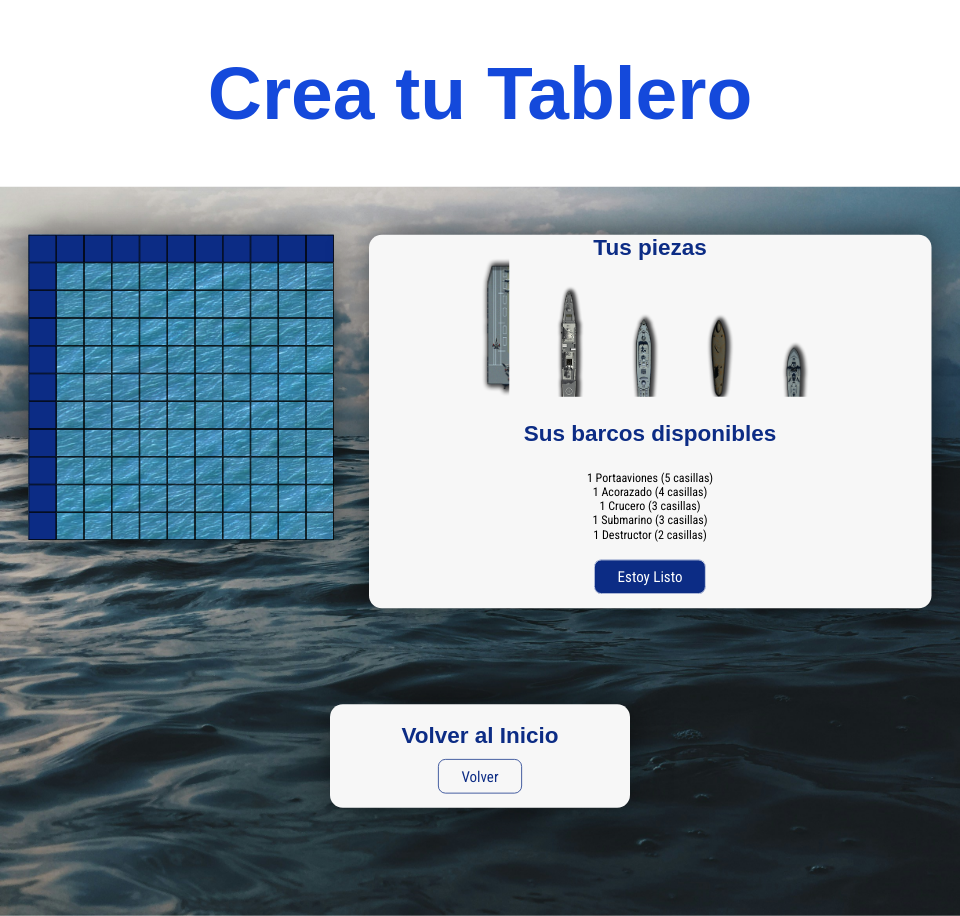
Repository: alfredorndon/taller-web-grupal
Page: client/tablero-barcos.html
An editor plug-in stored every save of this project. The page is shown before and after the next save, followed by the edit.
The browser window is 1280 px wide. The pictures show the whole page, at 75% of full size.
Some web fonts or font styles are not loaded; a fallback is used.

Above is the page before, as saved 2024-12-11 16:07:24.

After the next save:
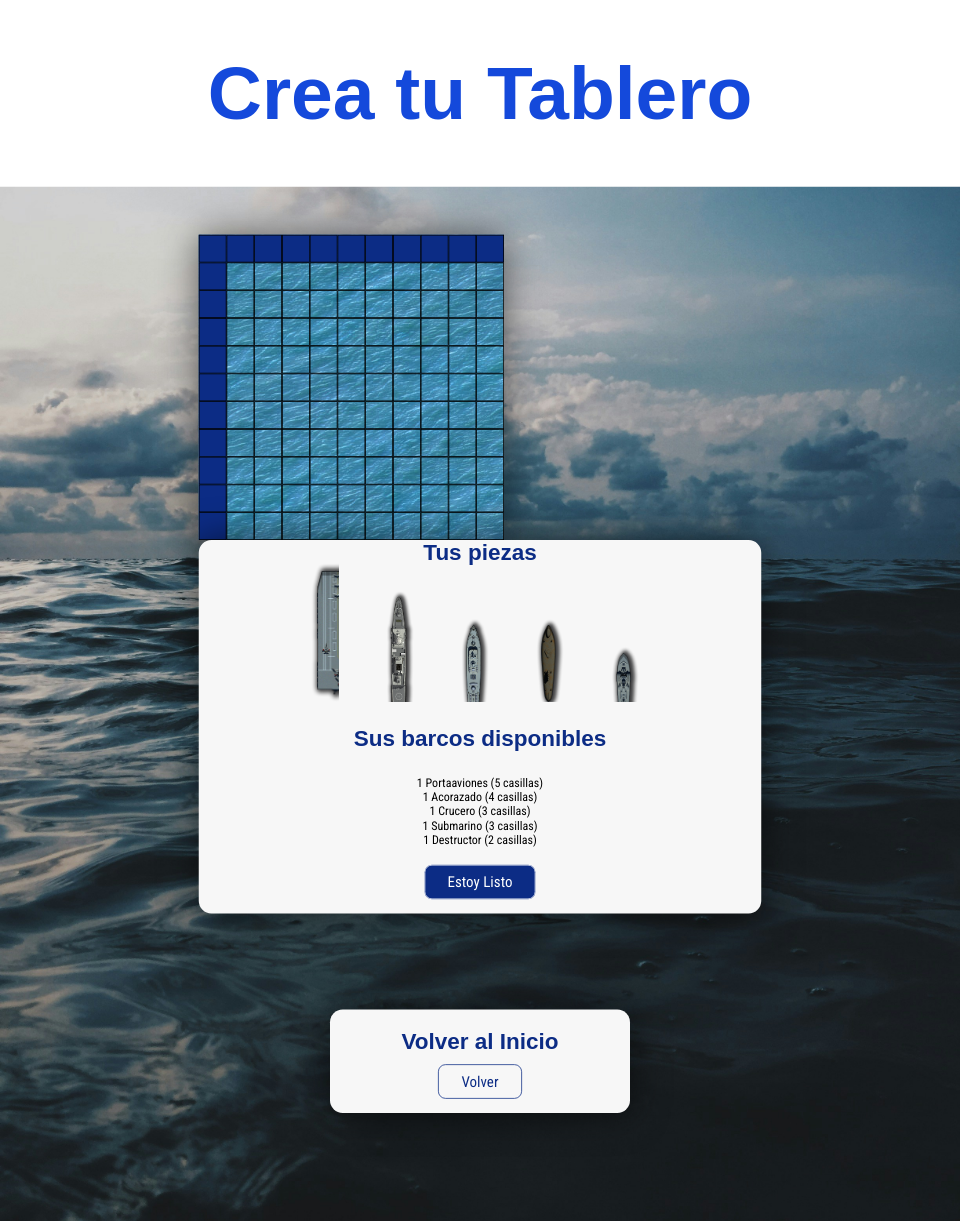
Saved 12 min 22 s later.
--- a/client/tablero-barcos.html
+++ b/client/tablero-barcos.html
@@ -18,7 +18,7 @@
             <div id="crea-tu-tablero"><h1>Crea tu Tablero</h1></div>
         </header>
         <main>
-            <section id="creacion">
+            <section id="tableros">
                 <div class="tablero" id="tabla-p1"></div>
                 <div id="piezas">
                     <h2>Tus piezas</h2>

After the save that followed:
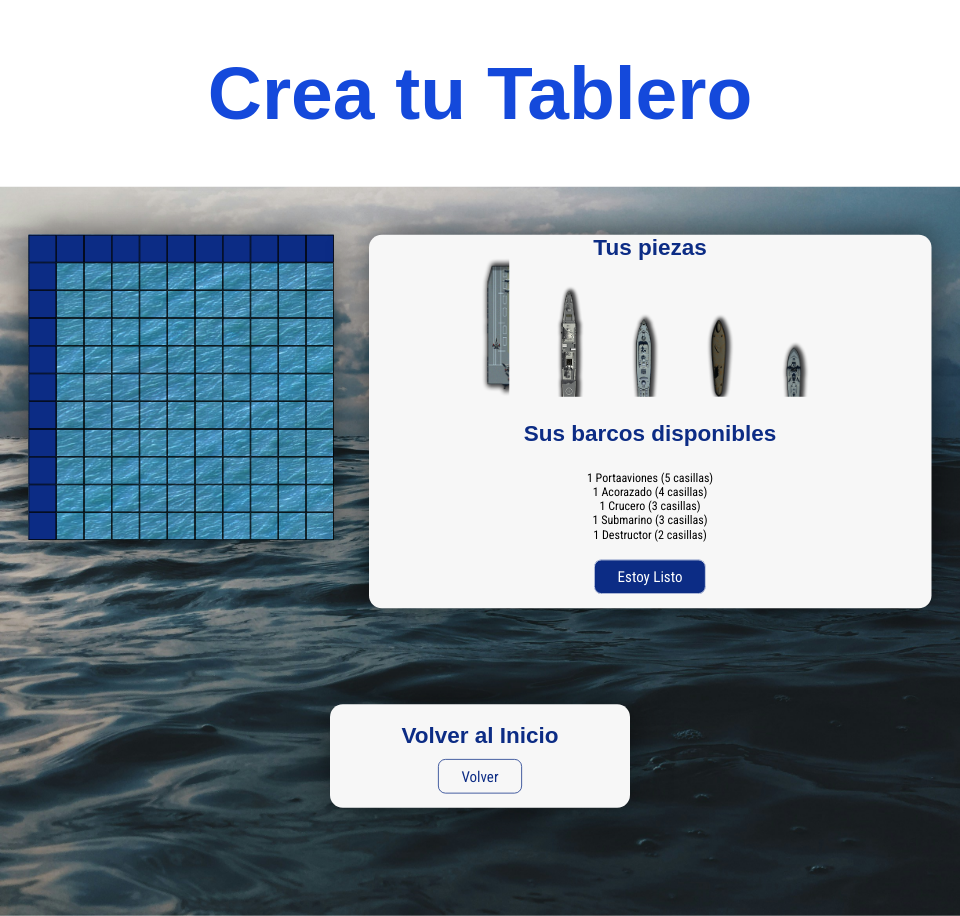
Saved 11 s later.
--- a/client/styles/tablero-barcos-styles.css
+++ b/client/styles/tablero-barcos-styles.css
@@ -25,7 +25,7 @@
     width: 400px;
 }
 
-#creacion {
+#tableros {
     display: flex;
     justify-content: center;
     align-items: flex-start;
